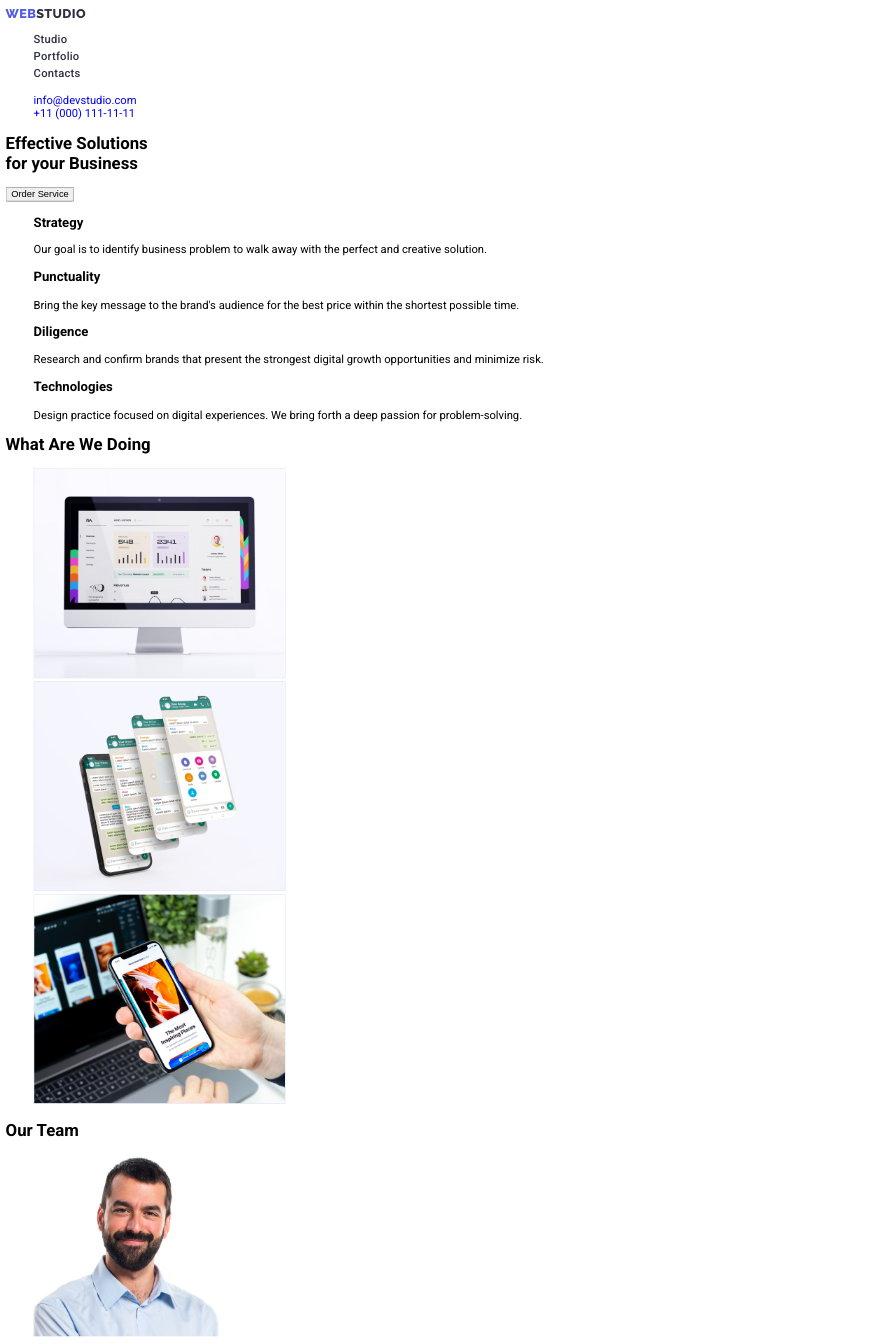
Repository: jandiman/goit-markup-hw-02
Page: index.html
These files come from the project's save history. The page is drawn as it stood at one moment and after the next save; the edit follows.
The browser window is 1280 px wide. The pictures show the part of the page from y = 0 to 1920 px (the page is 3193 px tall before and 3203 px after), at 70% of full size.

Above is the page before, as saved 2023-07-07 09:10:36.

After the next save:
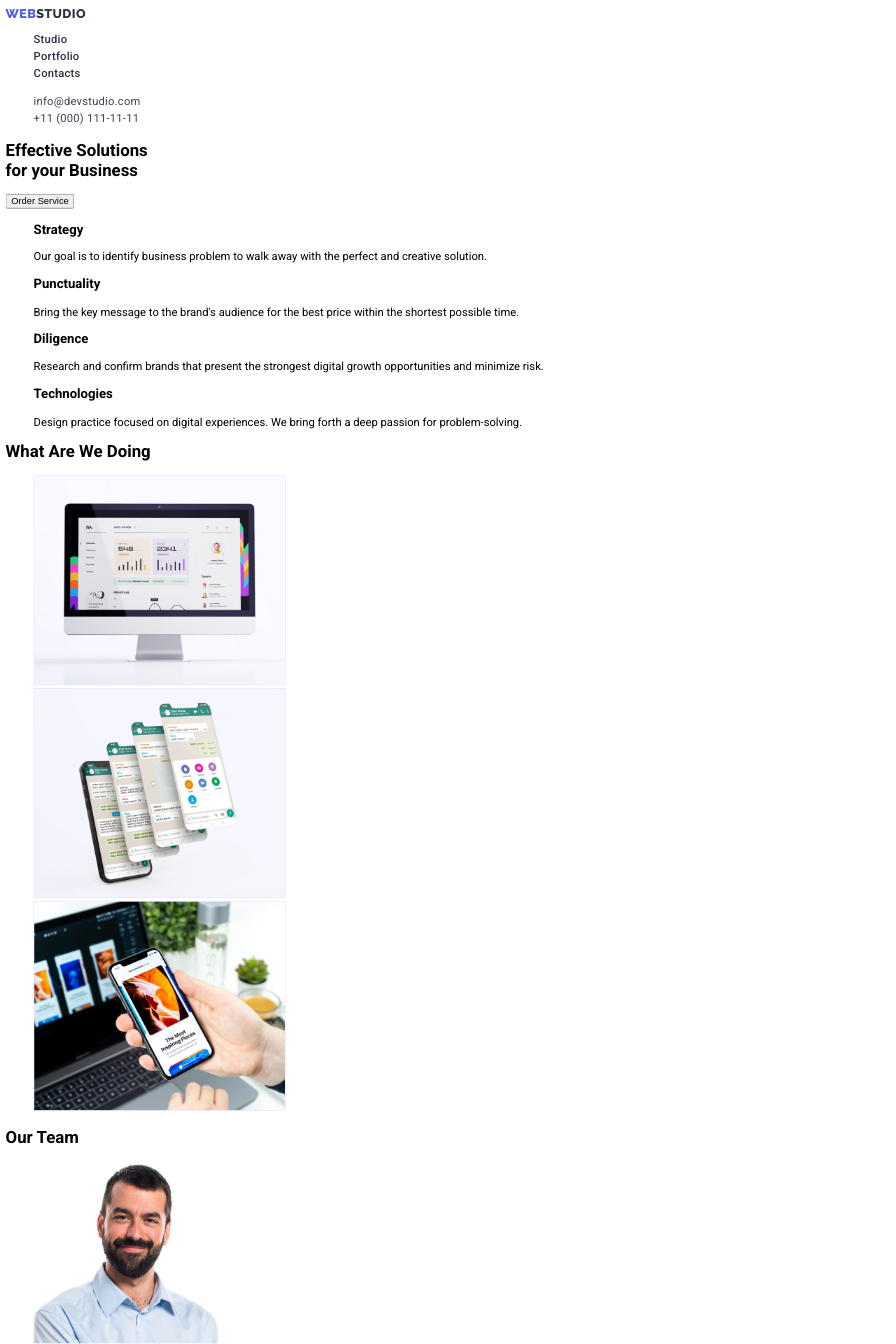
Saved 16 s later.
--- a/css/styles.css
+++ b/css/styles.css
@@ -63,4 +63,10 @@
 }
 
 .contact-link {
+  color: var(--slate, #434455);
+  font-size: 16px;
+  font-style: normal;
+  font-weight: 400;
+  line-height: 24px;
+  letter-spacing: 0.32px;
 }
